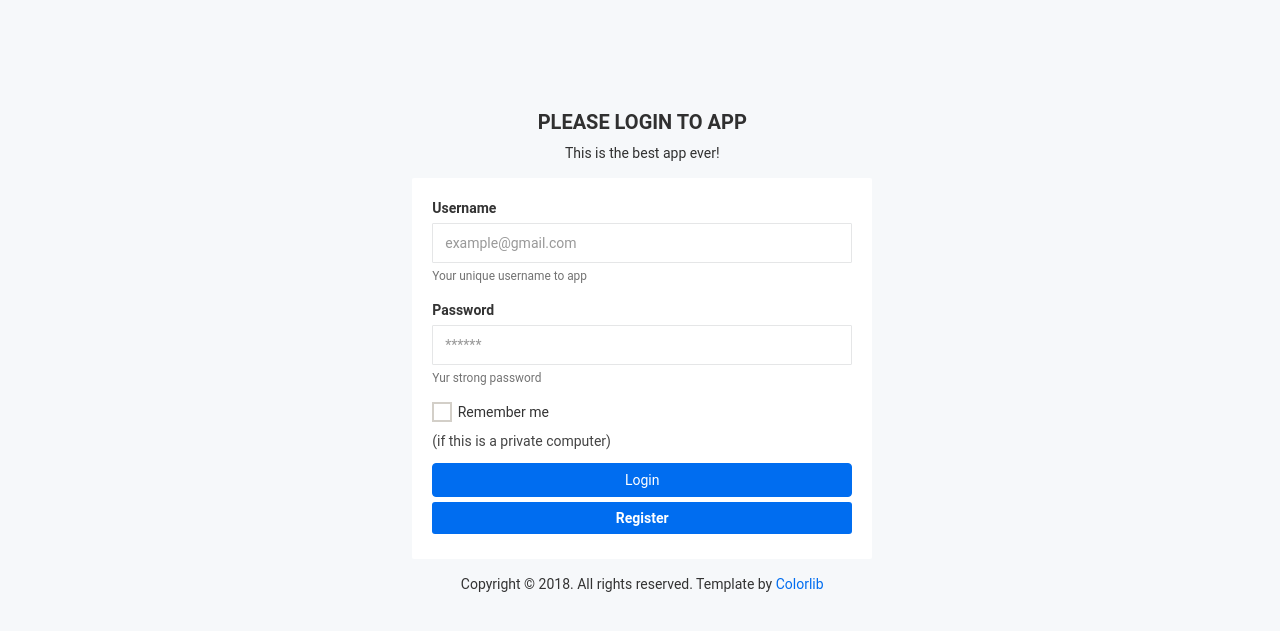
Repository: walterjnr1/crowdfunding-system
Page: http://localhost/Admin/login.php
An editor plug-in stored every save of this project. The page is shown before and after the next save, followed by the edit.
The browser window is 1280 px wide. The pictures show the whole page.
Some web fonts or font styles are not loaded; a fallback is used. The page is run by PHP 8.4 with error messages shown; the project is at /var/www/html/. Other server files are loaded and not shown.

Above is the page before, as saved 2025-02-20 12:02:17.

### Admin/login.php
<!doctype html>
<html class="no-js" lang="en">

<head>
    <meta charset="utf-8">
    <meta http-equiv="x-ua-compatible" content="ie=edge">
    <title>Login</title>
    <meta name="description" content="">
    <meta name="viewport" content="width=device-width, initial-scale=1">
    <!-- favicon
		============================================ -->
    <link rel="icon" type="image/png" sizes="16x16" href="../uploadImage/Logo/logo.png">
    <!-- Google Fonts
		============================================ -->
    <link href="https://fonts.googleapis.com/css?family=Play:400,700" rel="stylesheet">
    <!-- Bootstrap CSS
		============================================ -->
    <link rel="stylesheet" href="css/bootstrap.min.css">
    <!-- Bootstrap CSS
		============================================ -->
    <link rel="stylesheet" href="css/font-awesome.min.css">
    <!-- owl.carousel CSS
		============================================ -->
    <link rel="stylesheet" href="css/owl.carousel.css">
    <link rel="stylesheet" href="css/owl.theme.css">
    <link rel="stylesheet" href="css/owl.transitions.css">
    <!-- animate CSS
		============================================ -->
    <link rel="stylesheet" href="css/animate.css">
    <!-- normalize CSS
		============================================ -->
    <link rel="stylesheet" href="css/normalize.css">
    <!-- main CSS
		============================================ -->
    <link rel="stylesheet" href="css/main.css">
    <!-- morrisjs CSS
		============================================ -->
    <link rel="stylesheet" href="css/morrisjs/morris.css">
    <!-- mCustomScrollbar CSS
		============================================ -->
    <link rel="stylesheet" href="css/scrollbar/jquery.mCustomScrollbar.min.css">
    <!-- metisMenu CSS
		============================================ -->
    <link rel="stylesheet" href="css/metisMenu/metisMenu.min.css">
    <link rel="stylesheet" href="css/metisMenu/metisMenu-vertical.css">
    <!-- calendar CSS
		============================================ -->
    <link rel="stylesheet" href="css/calendar/fullcalendar.min.css">
    <link rel="stylesheet" href="css/calendar/fullcalendar.print.min.css">
    <!-- forms CSS
		============================================ -->
    <link rel="stylesheet" href="css/form/all-type-forms.css">
    <!-- style CSS
		============================================ -->
    <link rel="stylesheet" href="style.css">
    <!-- responsive CSS
		============================================ -->
    <link rel="stylesheet" href="css/responsive.css">
    <!-- modernizr JS
		============================================ -->
    <script src="js/vendor/modernizr-2.8.3.min.js"></script>
</head>

<body>
    <!--[if lt IE 8]>
		<p class="browserupgrade">You are using an <strong>outdated</strong> browser. Please <a href="http://browsehappy.com/">upgrade your browser</a> to improve your experience.</p>
	<![endif]-->
	<div class="error-pagewrap">
		<div class="error-page-int">
			<div class="text-center m-b-md custom-login">
				<h3>PLEASE LOGIN TO APP</h3>
				<p>This is the best app ever!</p>
			</div>
			<div class="content-error">
				<div class="hpanel">
                    <div class="panel-body">
                        <form action="#" id="loginForm">
                            <div class="form-group">
                                <label class="control-label" for="username">Username</label>
                                <input type="text" placeholder="example@gmail.com" title="Please enter you username" required="" value="" name="username" id="username" class="form-control">
                                <span class="help-block small">Your unique username to app</span>
                            </div>
                            <div class="form-group">
                                <label class="control-label" for="password">Password</label>
                                <input type="password" title="Please enter your password" placeholder="******" required="" value="" name="password" id="password" class="form-control">
                                <span class="help-block small">Yur strong password</span>
                            </div>
                            <div class="checkbox login-checkbox">
                                <label>
										<input type="checkbox" class="i-checks"> Remember me </label>
                                <p class="help-block small">(if this is a private computer)</p>
                            </div>
                            <button class="btn btn-success btn-block loginbtn">Login</button>
                            <a class="btn btn-default btn-block" href="#">Register</a>
                        </form>
                    </div>
                </div>
			</div>
			<div class="text-center login-footer">
				<p>Copyright © 2018. All rights reserved. Template by <a href="https://colorlib.com/wp/templates/">Colorlib</a></p>
			</div>
		</div>
    </div>
    <!-- jquery
		============================================ -->
    <script src="js/vendor/jquery-1.12.4.min.js"></script>
    <!-- bootstrap JS
		============================================ -->
    <script src="js/bootstrap.min.js"></script>
    <!-- wow JS
		============================================ -->
    <script src="js/wow.min.js"></script>
    <!-- price-slider JS
		============================================ -->
    <script src="js/jquery-price-slider.js"></script>
    <!-- meanmenu JS
		============================================ -->
    <script src="js/jquery.meanmenu.js"></script>
    <!-- owl.carousel JS
		============================================ -->
    <script src="js/owl.carousel.min.js"></script>
    <!-- sticky JS
		============================================ -->
    <script src="js/jquery.sticky.js"></script>
    <!-- scrollUp JS
		============================================ -->
    <script src="js/jquery.scrollUp.min.js"></script>
    <!-- mCustomScrollbar JS
		============================================ -->
    <script src="js/scrollbar/jquery.mCustomScrollbar.concat.min.js"></script>
    <script src="js/scrollbar/mCustomScrollbar-active.js"></script>
    <!-- metisMenu JS
		============================================ -->
    <script src="js/metisMenu/metisMenu.min.js"></script>
    <script src="js/metisMenu/metisMenu-active.js"></script>
    <!-- tab JS
		============================================ -->
    <script src="js/tab.js"></script>
    <!-- icheck JS
		============================================ -->
    <script src="js/icheck/icheck.min.js"></script>
    <script src="js/icheck/icheck-active.js"></script>
    <!-- plugins JS
		============================================ -->
    <script src="js/plugins.js"></script>
    <!-- main JS
		============================================ -->
    <script src="js/main.js"></script>
    <!-- tawk chat JS
		============================================ -->
    <script src="js/tawk-chat.js"></script>
</body>

</html>

### Admin/css/main.css
/*! HTML5 Boilerplate v5.2.0 | MIT License | https://html5boilerplate.com/ */

/*
 * What follows is the result of much research on cross-browser styling.
 * Credit left inline and big thanks to Nicolas Gallagher, Jonathan Neal,
 * Kroc Camen, and the H5BP dev community and team.
 */

/* ==========================================================================
   Base styles: opinionated defaults
   ========================================================================== */

html {
    color: #222;
    font-size: 1em;
    line-height: 1.4;
}

/*
 * Remove text-shadow in selection highlight:
 * https://twitter.com/miketaylr/status/12228805301
 *
 * These selection rule sets have to be separate.
 * Customize the background color to match your design.
 */

::-moz-selection {
    background: #b3d4fc;
    text-shadow: none;
}

::selection {
    background: #b3d4fc;
    text-shadow: none;
}

/*
 * A better looking default horizontal rule
 */

hr {
    display: block;
    height: 1px;
    border: 0;
    border-top: 1px solid #ccc;
    margin: 1em 0;
    padding: 0;
}

/*
 * Remove the gap between audio, canvas, iframes,
 * images, videos and the bottom of their containers:
 * https://github.com/h5bp/html5-boilerplate/issues/440
 */

audio,
canvas,
iframe,
img,
svg,
video {
    vertical-align: middle;
}

/*
 * Remove default fieldset styles.
 */

fieldset {
    border: 0;
    margin: 0;
    padding: 0;
}

/*
 * Allow only vertical resizing of textareas.
 */

textarea {
    resize: vertical;
}

/* ==========================================================================
   Browser Upgrade Prompt
   ========================================================================== */

.browserupgrade {
    margin: 0.2em 0;
    background: #ccc;
    color: #000;
    padding: 0.2em 0;
}

/* ==========================================================================
   Author's custom styles
   ========================================================================== */

















/* ==========================================================================
   Helper classes
   ========================================================================== */

/*
 * Hide visually and from screen readers:
 */

.hidden {
    display: none !important;
}

/*
 * Hide only visually, but have it available for screen readers:
 * http://snook.ca/archives/html_and_css/hiding-content-for-accessibility
 */

.visuallyhidden {
    border: 0;
    clip: rect(0 0 0 0);
    height: 1px;
    margin: -1px;
    overflow: hidden;
    padding: 0;
    position: absolute;
    width: 1px;
}

/*
 * Extends the .visuallyhidden class to allow the element
 * to be focusable when navigated to via the keyboard:
 * https://www.drupal.org/node/897638
 */

.visuallyhidden.focusable:active,
.visuallyhidden.focusable:focus {
    clip: auto;
    height: auto;
    margin: 0;
    overflow: visible;
    position: static;
    width: auto;
}

/*
 * Hide visually and from screen readers, but maintain layout
 */

.invisible {
    visibility: hidden;
}

/*
 * Clearfix: contain floats
 *
 * For modern browsers
 * 1. The space content is one way to avoid an Opera bug when the
 *    `contenteditable` attribute is included anywhere else in the document.
 *    Otherwise it causes space to appear at the top and bottom of elements
 *    that receive the `clearfix` class.
 * 2. The use of `table` rather than `block` is only necessary if using
 *    `:before` to contain the top-margins of child elements.
 */

.clearfix:before,
.clearfix:after {
    content: " "; /* 1 */
    display: table; /* 2 */
}

.clearfix:after {
    clear: both;
}

/* ==========================================================================
   EXAMPLE Media Queries for Responsive Design.
   These examples override the primary ('mobile first') styles.
   Modify as content requires.
   ========================================================================== */

@media only screen and (min-width: 35em) {
    /* Style adjustments for viewports that meet the condition */
}

@media print,
       (-webkit-min-device-pixel-ratio: 1.25),
       (min-resolution: 1.25dppx),
       (min-resolution: 120dpi) {
    /* Style adjustments for high resolution devices */
}

/* ==========================================================================
   Print styles.
   Inlined to avoid the additional HTTP request:
   http://www.phpied.com/delay-loading-your-print-css/
   ========================================================================== */

@media print {
    *,
    *:before,
    *:after {
        background: transparent !important;
        color: #000 !important; /* Black prints faster:
                                   http://www.sanbeiji.com/archives/953 */
        box-shadow: none !important;
        text-shadow: none !important;
    }

    a,
    a:visited {
        text-decoration: underline;
    }

    a[href]:after {
        content: " (" attr(href) ")";
    }

    abbr[title]:after {
        content: " (" attr(title) ")";
    }

    /*
     * Don't show links that are fragment identifiers,
     * or use the `javascript:` pseudo protocol
     */

    a[href^="#"]:after,
    a[href^="javascript:"]:after {
        content: "";
    }

    pre,
    blockquote {
        border: 1px solid #999;
        page-break-inside: avoid;
    }

    /*
     * Printing Tables:
     * http://css-discuss.incutio.com/wiki/Printing_Tables
     */

    thead {
        display: table-header-group;
    }

    tr,
    img {
        page-break-inside: avoid;
    }

    img {
        max-width: 100% !important;
    }

    p,
    h2,
    h3 {
        orphans: 3;
        widows: 3;
    }

    h2,
    h3 {
        page-break-after: avoid;
    }
}

### Admin/css/metisMenu/metisMenu-vertical.css
.sidebar-nav {
    background: #fff;
}
.sidebar-nav ul {
    padding: 0;
    margin: 0;
    list-style: none;
    background: #f5f5f5;
}
.sidebar-nav .metismenu {
    background: #fff;
    display: -webkit-box;
    display: -ms-flexbox;
    display: flex;
    -webkit-box-orient: vertical;
    -webkit-box-direction: normal;
    -ms-flex-direction: column;
    flex-direction: column;
}
.sidebar-nav .metismenu li + li {
  margin-top: 5px;
}
.sidebar-nav .metismenu li:last-child {
  margin-bottom: 5px;
}
.sidebar-nav .metismenu > li {
/*    -webkit-box-flex: 1;
    -ms-flex: 1 1 0%;
    flex: 1 1 0%;*/
    display: -webkit-box;
    display: -ms-flexbox;
    display: flex;
    -webkit-box-orient: vertical;
    -webkit-box-direction: normal;
    -ms-flex-direction: column;
    flex-direction: column;
    position: relative;
}
.sidebar-nav .metismenu a {
    position: relative;
    display: block;
    padding: 13px 15px;
    color: #444;
    outline-width: 0;
    transition: all .3s ease-out;
	font-size:16px;
	font-weight:400;
}

.sidebar-nav .metismenu ul a {
    padding: 10px 15px 10px 40px;
}

.sidebar-nav .metismenu ul ul a {
    padding: 10px 15px 10px 45px;
}
.sidebar-nav .metismenu a:hover,
.sidebar-nav .metismenu a:focus,
.sidebar-nav .metismenu a:active {
    color: #555;
    text-decoration: none;
    background: #e12503;
}
.sidebar-nav .metismenu li .icon-wrap{
	margin-right:5px;
	font-size:20px;
	color:#303030;
}
.sidebar-nav .metismenu li .sub-icon-mg{
	margin-right:5px;
	font-size:16px;
}
#sidebar.active .metismenu li .mini-click-non{
	display:none;
}
#sidebar.active .metismenu li .has-arrow:after{
	display:none;
}
#sidebar.active .metismenu li .submenu-angle li a {
    padding: 10px 20px 10px 20px;
}

Loaded but not shown: Admin/css/bootstrap.min.css (library); Admin/css/font-awesome.min.css (library); Admin/css/owl.carousel.css (common file); Admin/css/owl.theme.css (common file); Admin/css/owl.transitions.css (library); Admin/css/animate.css (library); Admin/css/normalize.css (library); Admin/css/morrisjs/morris.css (common file); Admin/css/scrollbar/jquery.mCustomScrollbar.min.css (library); Admin/css/metisMenu/metisMenu.min.css (common file); Admin/css/calendar/fullcalendar.min.css (library); Admin/css/calendar/fullcalendar.print.min.css (common file); Admin/css/form/all-type-forms.css (library); Admin/js/bootstrap.min.js (library); Admin/js/wow.min.js (library); Admin/js/jquery-price-slider.js (library); Admin/js/jquery.meanmenu.js (library); Admin/js/owl.carousel.min.js (library); Admin/js/jquery.sticky.js (library); Admin/js/jquery.scrollUp.min.js (common file); Admin/js/scrollbar/jquery.mCustomScrollbar.concat.min.js (library); Admin/js/metisMenu/metisMenu.min.js (library); Admin/js/metisMenu/metisMenu-active.js (common file); Admin/js/icheck/icheck.min.js (library); Admin/js/icheck/icheck-active.js (common file); Admin/js/tawk-chat.js (common file); Admin/js/tab.js (155 lines, source omitted); Admin/js/main.js (100 lines, source omitted); Admin/js/scrollbar/mCustomScrollbar-active.js (58 lines, source omitted); Admin/js/plugins.js (24 lines, source omitted); Admin/style.css (4721 lines, source omitted); Admin/css/responsive.css (755 lines, source omitted)

After the next save:
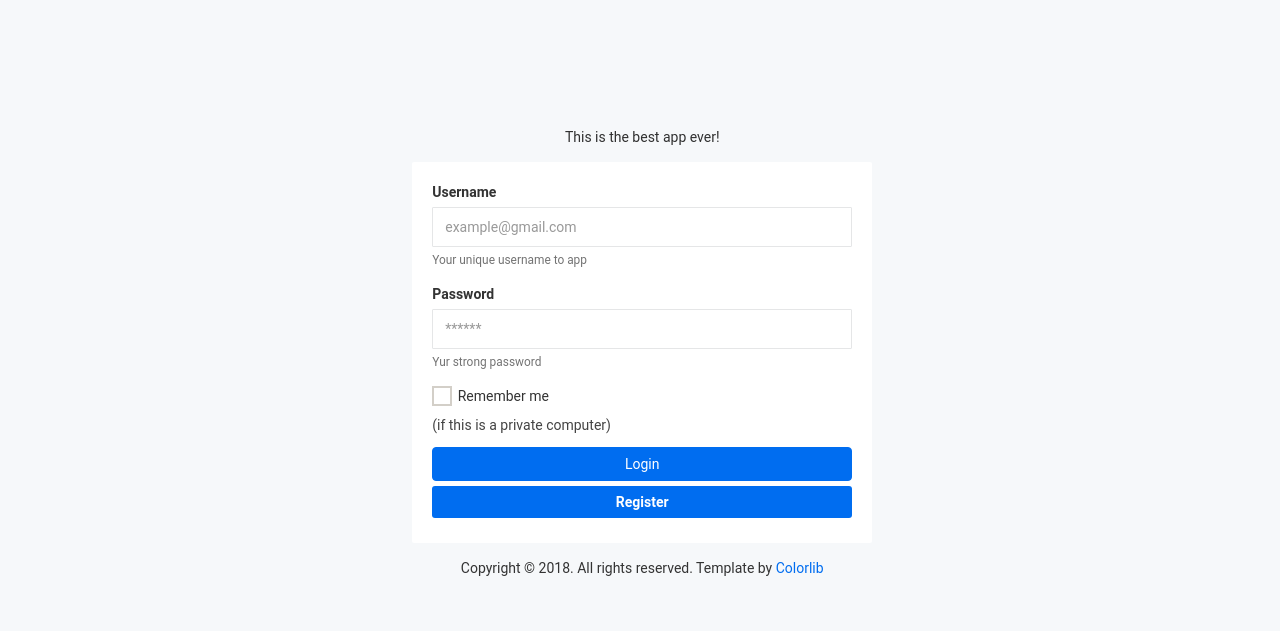
Saved 21 s later.
--- a/Admin/login.php
+++ b/Admin/login.php
@@ -68,7 +68,6 @@
 	<div class="error-pagewrap">
 		<div class="error-page-int">
 			<div class="text-center m-b-md custom-login">
-				<h3>PLEASE LOGIN TO APP</h3>
 				<p>This is the best app ever!</p>
 			</div>
 			<div class="content-error">
